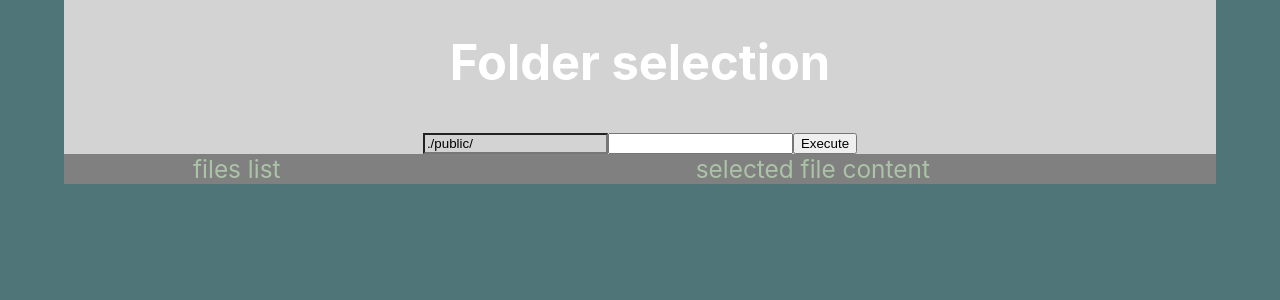
Repository: idubi/DevopsCourse
Page: / (app in lesson03/assignment/client/)
These files come from the project's save history. The page is drawn as it stood at one moment and after the next save; the edit follows.
The browser window is 1280 px wide. The pictures show the whole page.
The project was rebuilt for these pictures with package versions that can differ from the ones it lists, and the page was loaded fresh each time.

Above is the page before, as saved 2023-06-15 03:34:58.

### lesson03/assignment/client/src/App.js
import "./App.css";
import "./components/FilesBrowser";
import FileBrowser from "./components/FilesBrowser";
import styled from "styled-components";

function App() {
  return (
    <Container className="App">
      <header className="App-header">
        <FileBrowser></FileBrowser>
      </header>
    </Container>
  );
}

const Container = styled.div`
  display: flex;
  flex-direction: column;
  height: 100%;
  width: 100%;
`;

export default App;

### lesson03/assignment/client/src/App.css
.App {
  text-align: center;
}

.App-logo {
  height: 40vmin;
  pointer-events: none;
}

@media (prefers-reduced-motion: no-preference) {
  .App-logo {
    animation: App-logo-spin infinite 20s linear;
  }
}

.App-header {
  background-color: #507578;
  min-height: 100vh;
  display: flex;
  flex-direction: column;
  align-items: center;

  font-size: calc(10px + 2vmin);
  color: white;
}

.App-link {
  color: #61dafb;
}

### lesson03/assignment/client/src/components/FilesBrowser.js
import React, { useState } from "react";
import styled from "styled-components";
function FileBrowser() {
  const [path, setPath] = useState("");
  // const [response, setResponse] = useState("");

  const handlePathChange = (event) => {
    setPath(event.target.value);
  };

  const handleExecute = () => {
    //   fetch(path)
    //     .then((response) => response.json())
    //     .then((data) => setResponse(JSON.stringify(data)))
    //     .catch((error) => console.error("Error:", error));
  };

  return (
    <Container>
      <Upper>
        <h1>Folder selection</h1>
        <Label type="text" value="./public/" />
        <input type="text" value={path} onChange={handlePathChange} />
        <button onClick={handleExecute}>Execute</button>
      </Upper>
      <Lower>
        <LeftLowerDiv>files list</LeftLowerDiv>
        <RightLowerDiv>selected file content</RightLowerDiv>
      </Lower>
    </Container>
  );
}

const Container = styled.div`
  display: flex;
  flex-direction: column;
  height: 90%;
  width: 90%;
`;

const Upper = styled.div`
  height: 30%;
  background-color: lightgrey;
`;

const Lower = styled.div`
  display: flex;
  flex-direction: row;
  height: 100%;
  color: #abc3a7;
`;

const LeftLowerDiv = styled.div`
  width: 30%;
  height: 100%;
  background-color: gray;
`;
const RightLowerDiv = styled.div`
  width: 70%;
  height: 100%;
  background-color: gray;
`;
const Label = styled.input`
  size: 12pc;
  background: lightgrey;
`;
export default FileBrowser;

Loaded but not shown: lesson03/assignment/client/public/index.html (common file); lesson03/assignment/client/src/index.js (common file); lesson03/assignment/client/src/index.css (common file); lesson03/assignment/client/src/reportWebVitals.js (common file)

After the next save:
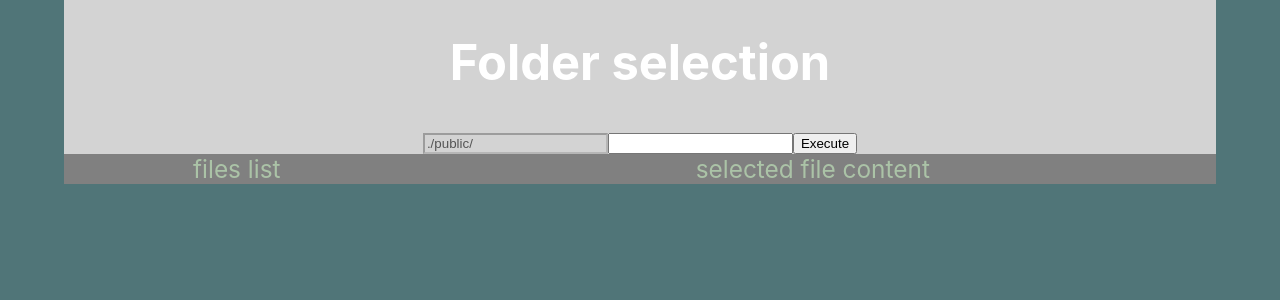
Saved 12 s later.
--- a/lesson03/assignment/client/src/components/FilesBrowser.js
+++ b/lesson03/assignment/client/src/components/FilesBrowser.js
@@ -19,7 +19,7 @@
     <Container>
       <Upper>
         <h1>Folder selection</h1>
-        <Label type="text" value="./public/" />
+        <Label type="text" value="./public/" disabled />
         <input type="text" value={path} onChange={handlePathChange} />
         <button onClick={handleExecute}>Execute</button>
       </Upper>

After the save that followed:
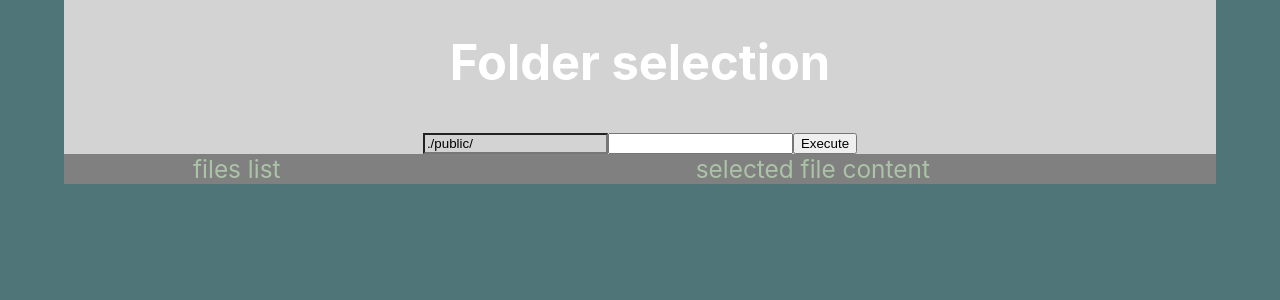
Saved 28 s later.
--- a/lesson03/assignment/client/src/components/FilesBrowser.js
+++ b/lesson03/assignment/client/src/components/FilesBrowser.js
@@ -19,7 +19,7 @@
     <Container>
       <Upper>
         <h1>Folder selection</h1>
-        <Label type="text" value="./public/" disabled />
+        <Label type="text" value="./public/" />
         <input type="text" value={path} onChange={handlePathChange} />
         <button onClick={handleExecute}>Execute</button>
       </Upper>
@@ -63,5 +63,6 @@
 const Label = styled.input`
   size: 12pc;
   background: lightgrey;
+  disabled;
 `;
 export default FileBrowser;
